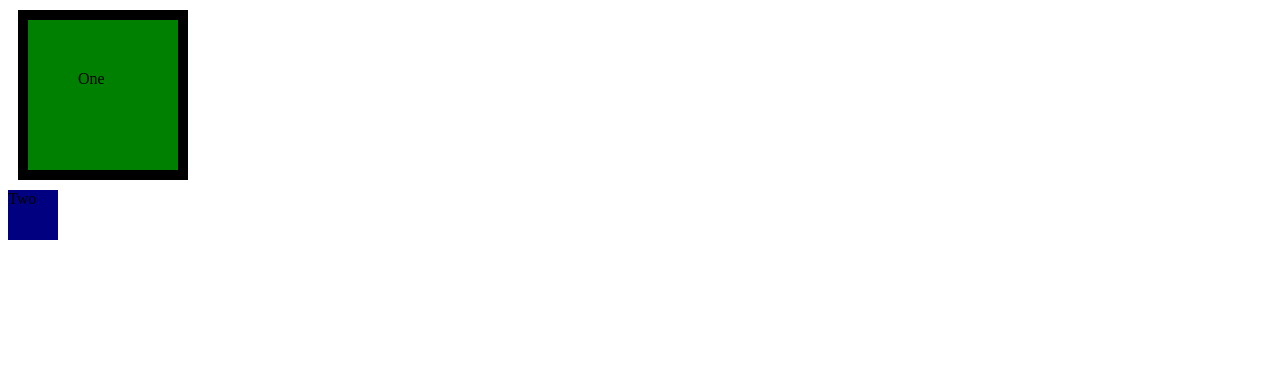
Repository: Peacepapi/1702Java
Page: web/src/main/webapp/box.html
These files come from the project's save history. The page is drawn as it stood at one moment and after the next save; the edit follows.
The browser window is 1280 px wide. The pictures show the whole page.

Above is the page before, as saved 2017-02-24 18:16:02.

After the next save:
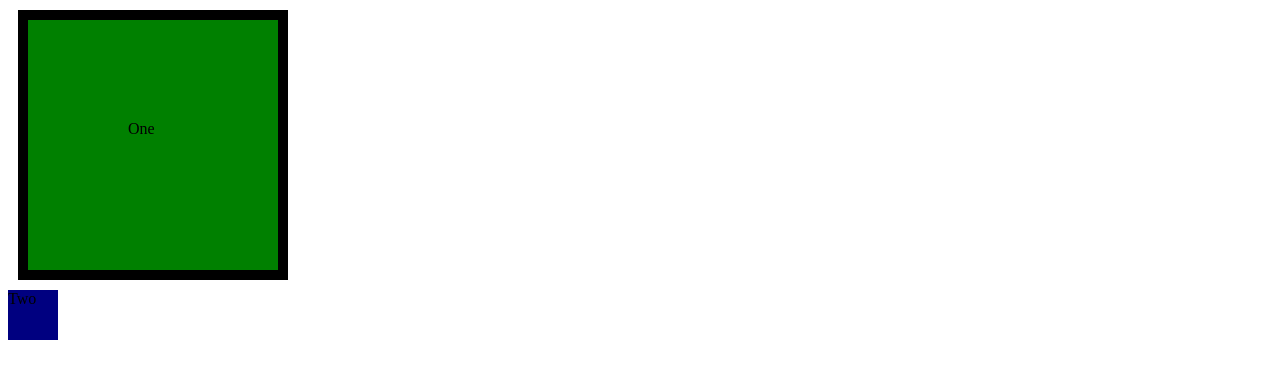
Saved 8 s later.
--- a/web/src/main/webapp/box.html
+++ b/web/src/main/webapp/box.html
@@ -11,7 +11,7 @@
 	border-style: solid;
 	border-color: black;
 	border-width: 10px;
-	padding: 50px;
+	padding: 100px;
 	margin: 10px;
 }
 #two{
